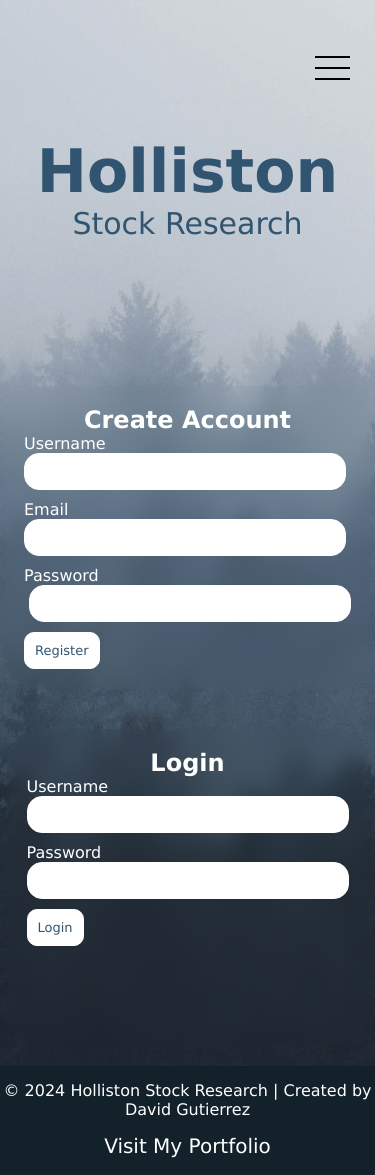
Repository: DavidG626/Portfolio-Project-1
Page: http://localhost/
These files come from the project's save history. The page is drawn as it stood at one moment and after the next save; the edit follows.
The browser window is 375 px wide. The pictures show the whole page.
The page is served by the project's application, run on Flask 3 (app.py).

Above is the page before, as saved 2025-02-26 13:44:43.

### templates/landing.html
<!DOCTYPE html>
<html lang="en">
<head>
   <meta charset="UTF-8">
   <meta name="viewport" content="width=device-width, initial-scale=1.0">
   <link rel="stylesheet" type="text/css" href="{{ url_for('static', filename='landing.css') }}">
   <link rel="stylesheet" href="{{ url_for('static', filename='mediaqueries.css')}}">
   <script src="{{ url_for('static', filename='js/script.js') }}"></script>

   <title>Register</title>
</head>
<body class="background-img">

    <nav id="desktop-nav">
        <div>
            <ul class="nav-links">
                <li><a href="https://github.com/DavidG626/Portfolio-Project-1.git" target="_blank">About</a></li>
                <li><a href="https://davidg626.github.io/resume/" target="_blank">Contact</a></li>
            </ul>
        </div>
    </nav>

            <nav id="hamburger-nav">
                <div class="hamburger-menu">
                    <div class="hamburger-icon" onclick="toggleMenu()">
                        <span></span>
                        <span></span>
                        <span></span>
                    </div>

                    <div class="menu-links">
                        <ul>
                            <li><a href="https://github.com/DavidG626/Portfolio-Project-1.git" target="_blank" onclick="toggleMenu()">About</a></li>
                            <li><a href="https://davidg626.github.io/resume/" target="_blank" onclick="toggleMenu()">Contact</a></li>
                        </ul>
                    </div>

                </div>
            </nav>




<div>
    <div class="title">
        <h1>Holliston</h1>
        <p>Stock Research</p>
    </div>
</div>





<section id="register">

        <div class="register-text">
            <div class="register-header">
                <h2>Create Account</h2>
            </div>

            <form class="reg-form" action="/register" method="POST">
                <label for="reg-username">Username</label>

                <input type="text" id="reg-username" name="username" class="input-boxes" required>
                <label for="reg-email">Email</label>

                <input type="email" id="reg-email" name="email" class="input-boxes" required>
                <label for="reg-password">Password</label>

                <input type="password" id="reg-password" name="password" class="input-boxes" required>
                <input type="submit" value="Register" class="button">

                {% if reg_error_message %}
                    <div class="error">{{ reg_error_message }}</div>
                {% endif %}
            </form>

        </div>

        <div class="login-text">
            <div class="login-header">
                <h2>Login</h2>
            </div>

            <form class="login-form" action="/login" method="POST">
                <label for="login-username">Username</label>

                <input type="text" id="login-username" name="login_username" class="input-boxes" required>
                <label for="login-password">Password</label>

                <input type="password" id="login-password" name="login_password" class="input-boxes" required><br>
                <input type="submit" value="Login" class="button">

                {% if login_error_message %}
                    <div class="error">{{ login_error_message }}</div>
                {% endif %}
            </form>
        </div>





</section>
<footer class="footer-1">
    <div>
        &copy; 2024 Holliston Stock Research | Created by David Gutierrez
    </div>

    <div class="nav-links-2">
        <a href="https://github.com/DavidG626?tab=repositories" target="_blank">Visit My Portfolio</a>
    </div>
</footer>














</body>
</html>

### app.py
from flask import Flask, render_template, request, session, redirect, url_for
from werkzeug.security import generate_password_hash, check_password_hash
import yfinance as yf
# import pandas as pd
import plotly.graph_objects as go
import plotly
import sqlite3


app = Flask(__name__)
app.secret_key = 'asdfasdfasdf'


# Landing Page
@app.route('/')
def landing_page():
   return render_template('landing.html')  # Render the landing.html template


# function to connect to the database
def connect_db():
   return sqlite3.connect('database.db')



# create database
def create_tables():
   with connect_db() as conn:
       cursor = conn.cursor()
       #creates users table
       cursor.execute('''
                       CREATE TABLE IF NOT EXISTS users (
                       id INTEGER PRIMARY KEY AUTOINCREMENT,
                       username TEXT UNIQUE NOT NULL,
                       email TEXT UNIQUE NOT NULL,
                       password TEXT NOT NULL
                       )
                       ''')

# Register Route
@app.route('/register', methods=['POST'])
def register():
   username = request.form.get('username')
   email = request.form.get('email')
   password = request.form.get('password')


   # hash the password before storing it in the database
   hashed_password = generate_password_hash(password)

   #add user to the db
   with connect_db() as conn:
       cursor = conn.cursor()

       # Fetch existing user before executing the SELECT query
       cursor.execute('SELECT * FROM users WHERE username = ? OR email = ?', (username, email,))
       existing_user = cursor.fetchone()

       # Check if username or email already exists in db
       if existing_user:
           # If the username or email already exists, handle the error accordingly
           reg_error_message = "Username or email already exists."
           return render_template('landing.html', reg_error_message=reg_error_message)

       # If username and email are unique, insert into db
       cursor.execute('INSERT INTO users (username, email, password) VALUES (?, ?, ?)', (username, email, hashed_password,))
       # commit transaction
       conn.commit()

   return redirect('/')



# Login Route
@app.route('/login', methods=['POST'])
def login():
   login_username = request.form.get('login_username')
   login_password = request.form.get('login_password')

# retrieve user from the database based on the provided username
   with connect_db() as conn:
       cursor = conn.cursor()
       cursor.execute('SELECT * FROM users WHERE username = ?', (login_username,))
       user = cursor.fetchone()

   if user and check_password_hash(user[3], login_password,):
       # if the user exists and the password match, sets session
       session['username'] = login_username
       session['password'] = login_password
       return redirect('/dashboard')
   else:

       # if the user doesn't exist or the password is incorrect, display an error message
       login_error_message = "Invalid username or password"
       return render_template('landing.html', login_error_message=login_error_message)




  # Logout Route
@app.route('/logout', methods=['GET', 'POST'])
def logout():
   # Clear the session to log the user out
   session.clear()
   # Redirect the user to the landing page
   return redirect(url_for('landing_page'))


# overview Route
@app.route('/dashboard')
def dashboard():
   if 'username' in session:
       # Add logic to display user-specific dashboard
       return render_template('overview.html', username=session['username'])
   else:
       return redirect(url_for('register'))


#input for ticker overview.html
@app.route('/process_form', methods=['POST'])
def process_form():
   ticker_symbol = request.form.get('ticker')
   if ticker_symbol:
       ticker = yf.Ticker(ticker_symbol)
       session['ticker_symbol'] = ticker_symbol
       return index()
   else:
       error_message = "Please Enter a Ticker Symbol"
       return render_template('overview.html', error_message=error_message)


@app.route('/overview')
def index():
    if 'username' in session:
        if 'ticker_symbol' in session:
            ticker_symbol = session['ticker_symbol']
            if not ticker_symbol:
                error_message = "Please enter a valid ticker symbol"
                return render_template('overview.html', error_message=error_message)

            try:
                ticker = yf.Ticker(ticker_symbol)

                # Use fast_info instead of info for basic data
                fast_info = ticker.fast_info

                # Get company info (may still need regular info for this)
                try:
                    company_info = ticker.info
                    company_name = company_info.get('longName', ticker_symbol.upper())
                    about = company_info.get('longBusinessSummary', 'No company description available.')
                except:
                    company_name = ticker_symbol.upper()
                    about = 'Unable to retrieve company description.'

                # Use fast_info for pricing data
                stock_price = '${:.2f}'.format(fast_info.last_price) if hasattr(fast_info, 'last_price') else 'N/A'
                fifty_two_week_high = '${:.2f}'.format(fast_info.year_high) if hasattr(fast_info, 'year_high') else 'N/A'
                fifty_two_week_low = '${:.2f}'.format(fast_info.year_low) if hasattr(fast_info, 'year_low') else 'N/A'
                volume = '{:,}'.format(fast_info.last_volume) if hasattr(fast_info, 'last_volume') else 'N/A'
                market_cap = '${:,.2f}'.format(fast_info.market_cap) if hasattr(fast_info, 'market_cap') else 'N/A'

                # Forward PE might still need to come from regular info
                try:
                    forward_PE = '{:.0f}'.format(ticker.info.get('forwardPE', 0)) if 'forwardPE' in ticker.info else 'N/A'
                except:
                    forward_PE = 'N/A'

                # Get news
                try:
                    news_data = ticker.news
                    current_news = [{'title': news_item['title'], 'link': news_item['link']} for news_item in news_data[:20]]
                except:
                    current_news = []

                return render_template('overview.html',
                                      about=about,
                                      company_name=company_name,
                                      stock_price=stock_price,
                                      fifty_two_week_high=fifty_two_week_high,
                                      fifty_two_week_low=fifty_two_week_low,
                                      volume=volume,
                                      market_cap=market_cap,
                                      forward_PE=forward_PE,
                                      current_news=current_news,
                                      ticker_symbol=ticker_symbol)
            except Exception as e:
                error_message = f"Error retrieving data: {str(e)}"
                return render_template('overview.html', error_message=error_message)
        else:
            return redirect(url_for('landing_page'))
    else:
        return redirect(url_for('landing_page'))


  #income_statement.html route
@app.route('/income_statement')
def fetch_income_statement():
   ticker_symbol = session.get('ticker_symbol')
   if ticker_symbol:
       ticker = yf.Ticker(ticker_symbol)
       try:
           company_name = ticker.info['longName']
           income_statement = ticker.financials
           income_statement_clean = income_statement.dropna()
           income_statement_clean = income_statement.to_html()

           return render_template('income_statement.html', income_statement_clean=income_statement_clean, company_name=company_name)
       except KeyError:
           error_message = "Please Enter a Valid Ticker"
           return render_template('overview.html', error_message=error_message)
   else:
       return render_template(income_statement.html)



# For /cashflow route
@app.route('/cashflow')
def fetch_cashflow():
    ticker_symbol = session.get('ticker_symbol')
    if ticker_symbol:
        ticker = yf.Ticker(ticker_symbol)
        try:
            company_name = ticker.info['longName']
            cashflow_data = ticker.cashflow
            cashflow_data_clean = cashflow_data.dropna()
            cashflow_data_clean = cashflow_data.to_html()

            return render_template('cashflow.html', cashflow_data_clean=cashflow_data_clean, company_name=company_name)
        except KeyError:
            error_message = "Please Enter a Valid Ticker"
            return render_template('overview.html', error_message=error_message)
        except Exception as e:
            error_message = f"An error occurred: {str(e)}"
            return render_template('overview.html', error_message=error_message)
    else:
        return render_template('cashflow.html')  # Add quotes and fix indentation



#balance_sheet.html route
@app.route('/balance_sheet')
def fetch_balance_sheet():
   ticker_symbol = session.get('ticker_symbol')
   if ticker_symbol:
       ticker = yf.Ticker(ticker_symbol)
       try:
           company_name = ticker.info['longName']
           balance_sheet = ticker.balancesheet
           balance_sheet_clean = balance_sheet.dropna()
           balance_sheet_clean = balance_sheet.to_html()

           return render_template('balancesheet.html', balance_sheet_clean = balance_sheet_clean, company_name=company_name)
       except KeyError:
           error_message = "Please Enter a Valid Ticker"
           return render_template('overview.html', error_message=error_message)
       else:
           return render_template(balancesheet.html)






#charts.html route
@app.route('/charts')
def fetch_charts():
   ticker_symbol = session.get('ticker_symbol')
   if ticker_symbol:


    ticker = yf.Ticker(ticker_symbol)
    try:
           company_name = ticker.info['longName']
           df = ticker.history(period='6mo')
           fig = go.Figure(data=[go.Candlestick(x=df.index,
                                               open=df['Open'],
                                               high=df['High'],
                                               low=df['Low'],
                                               close=df['Close'])])

           fig.update_layout(title=f"Candlestick Chart for {company_name}",

                           width=1300,
                           height=600,
                           xaxis_title='Date',
                           yaxis_title='Price',
                           plot_bgcolor='antique white',
                           paper_bgcolor='antique white')

           candlestick_chart = fig.to_html()
           return render_template('charts.html', candlestick_chart=candlestick_chart,
                                               company_name=company_name)
    except KeyError:
               error_message = "Please Enter a Valid Ticker"
               return render_template('overview.html', error_message=error_message)
    else:
               return render_template('overview.html')




#vix chart route
@app.route('/vix_charts')
def fetch_vix():
    vix_ticker = "^VIX"
    if vix_ticker:
       ticker = yf.Ticker(vix_ticker)
       df = ticker.history(period='6mo')

       fig = go.Figure(data=[go.Candlestick(x=df.index,
                                            open=df['Open'],
                                            high=df['High'],
                                            low=df['Low'],
                                            close=df['Close'])])


       fig.update_layout(title="Candlestick Chart for VIX",

                         width=1300,
                         height=600,
                         xaxis_title='Date',
                         yaxis_title='Price',
                         plot_bgcolor='antique white',
                         paper_bgcolor='antique white')
       vix_candlestick_chart = fig.to_html()
       return render_template('vix_chart.html', vix_candlestick_chart=vix_candlestick_chart)








if __name__ == '__main__':

   app.run(debug=True, port=5501)

### static/landing.css
* {
  /* color: purple; */
  margin: 0;
  padding: 0;
  font-family: 'Lucida Sans', 'Lucida Sans Regular', 'Lucida Grande', 'Lucida Sans Unicode', Geneva, Verdana, sans-serif;

}



body.background-img {

  background: url(../static/forest.jpg);
  background-repeat: no-repeat;
  min-height: 100vh;
  background-size: cover;
  background-position: center;
  background-size: cover;
  position: relative;

}

.title {
  color: #315470;
  align-items: center;
  justify-content: center;
  text-align: center;
  font-size: 30px;
  padding-bottom: 125px;
}

.register-header {
  color: white;
  text-align: center;

}

#register {
  display: flex;
  align-items: center;
  justify-content: center;
  text-align: left;
  flex-wrap: wrap;

}

.register-text {
  color: white;
  border-radius: 35px;
  align-self: center;
  width: 350px;
  margin: 20px 20px;

  padding: 20px 20px 20px 20px;

  background-color: transparent;
  backdrop-filter: blur(10px);
  background-image: linear-gradient(
    360deg,
    rgba(255, 255,255, .3)
    rgba(0,0,0, 0.8)
  );

}

.login-header {
  color: white;
  text-align: center;

}


.login-text {
  color: white;
  border-radius: 35px;
  align-self: center;
  width: 350px;
  margin: 20px 20px;
  background-color: black;
  padding: 20px 20px 100px 20px;

  background-color: transparent;
  backdrop-filter: blur(10px);
  background-image: linear-gradient(
    120deg,
    rgba(255, 255,255, .3)
    rgba(0,0,0, 0.8)
  );
}

/* DESKTOP NAV */
#desktop-nav {
  display: flex;
  justify-content: end;
  padding-right: 25px;

}
nav,
.nav-links {
  display: flex;
  justify-content: flex-end;



}

nav {
  justify-content: space-around;
  align-items: center;
  height: 17vh;
}

.nav-links {
  gap: 2rem;
  list-style: none;
  font-size: 1.5rem;

}

a {
  color: #315470;
  text-decoration: none;

}

.nav-links a::after {
  content: '';
  width: 0%;
  height: 2px;
  background-color: #13212b;
  display: block;
  margin: auto;
  transition: 0.5s;
}

.nav-links a:hover::after {
  width: 100%;
}



/* HAMBURGER MENU */

#hamburger-nav {
  display: none;

}

.hamburger-menu {
  position: relative;
  display: inline-block;

}

.hamburger-icon {
  display: flex;
  flex-direction: column;
  justify-content: space-between;
  height: 24px;
  width: 35px;
  cursor: pointer;
}

.hamburger-icon span {
  width: 100%;
  height: 2px;
  background-color: black;
  transition: all 0.3s ease-in-out;
}

.menu-links {
  position: absolute;
  top: 100%;
  right: 0;

  width: fit-content;
  max-height: 0;
  overflow: hidden;
  transition: all 0.3s ease-in-out;
  border-radius: 10px;


}

.menu-links a {
  display: block;
  padding: 10px;
  text-align: left;
  text-decoration: none;
  transition: all 0.3 ease-in-out;
  background-color: transparent;
  backdrop-filter: blur(10px);
  background-image: linear-gradient(
    -120deg,
    rgba(255, 255, 255, .3),
    rgba(0, 0, 0, 0.3)
  );
  font-size: 20px;
  padding: 35px;
  width: 100%;
}

.menu-links li {
  list-style: none;
}

.menu-links.open {
  max-height: 300px;
}

.hamburger-icon.open span:first-child {
  transform: rotate(45deg) translate(10px, 5px);
}

.hamburger-icon.open span:nth-child(2) {
  opacity: 0;
}

.hamburger-icon.open span:last-child {
  transform: rotate(-45deg) translate(10px, -5px);
}

.hamburger-icon span:first-child {
  transform: none;
}

.hamburger-icon span:first-child {
  opacity: 1;
}

.hamburger-icon span:first-child {
  transform: none;
}








.input-boxes {

  width: 300px;
  border-radius: 15px;
  margin-bottom: 10px;
  border: 1px solid white;

  padding: 10px;
  font-size: 13px;
  transition: border-color 0.3s ease;
}
.input-boxes:focus {
  outline: none;
  border-color: #315470;
}

.button {

  background-color: white;
  color: #315470;
  border: 1px solid white;
  border-radius: 10px;
  padding: 10px;
  font-size: 13px;
  cursor: pointer;
  transition: background-color 0.3s ease;
}

.button:hover {
  background-color: #315470;
  color: white;
}





#reg-password {
  margin-left: 5px;
}







.error {
  color: #f46106;
  text-align: center;
  padding-bottom: 15px;

}

.footer-1 {
  padding: 15px 1px;
  background-color: #13212b;
  color: white;

  text-align: center;
}





 .nav-links-2 {
  flex: 1;
  text-align: center;
  background-color: #13212b;

}



 .nav-links-2 a {
  color: white;
  text-decoration: none;
  font-size: 20px;
  list-style: none;
  display: inline-block;
  padding-top: 15px;

  position: relative;
}

.nav-links-2 a::after {
  content: '';
  width: 0%;
  height: 2px;
  background-color: #fff;
  display: block;
  margin: auto;
  transition: 0.5s;
}

.nav-links-2 a:hover::after {
  width: 100%;
}

### static/mediaqueries.css


@media screen and (max-width: 1200px) {





  #desktop-nav {
        display: none;
    }
    #hamburger-nav {
        display: flex;
        justify-content: end;
        padding-right: 25px;

    }

    a {

      color: #315470;
      text-decoration: none;
      align-items: center;


    }

    .menu-links a::after {
      content: '';
      width: 0%;
      height: 1px;
      background-color: #13212b;
      display: block;
      margin: auto;
      transition: 0.5s;
    }

    .menu-links a:hover::after {
      width: 100%;
    }

}

### static/js/script.js
function toggleMenu() {
    const menu = document.querySelector (".menu-links");
    const icon = document.querySelector(".hamburger-icon");
    menu.classList.toggle('open');
    icon.classList.toggle('open');
}

After the next save:
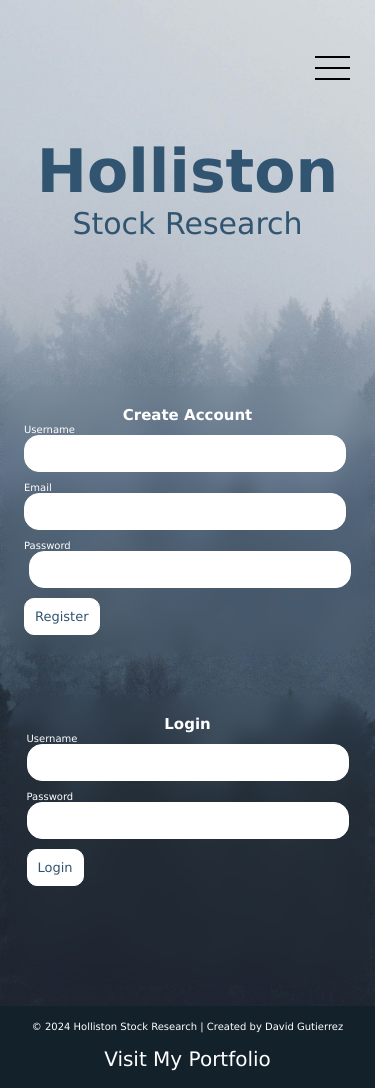
Saved 4 s later.
--- a/static/landing.css
+++ b/static/landing.css
@@ -338,3 +338,34 @@ a {
 .nav-links-2 a:hover::after {
   width: 100%;
 }
+
+/* Responsive adjustments */
+@media (max-width: 1600px) {
+  html {
+      font-size: 16px;
+  }
+}
+
+@media (max-width: 1200px) {
+  html {
+      font-size: 16px;
+  }
+}
+
+@media (max-width: 992px) {
+  html {
+      font-size: 14px;
+  }
+}
+
+@media (max-width: 768px) {
+  html {
+      font-size: 12px;
+  }
+}
+
+@media (max-width: 600px) {
+  html {
+      font-size: 10px;
+  }
+}
